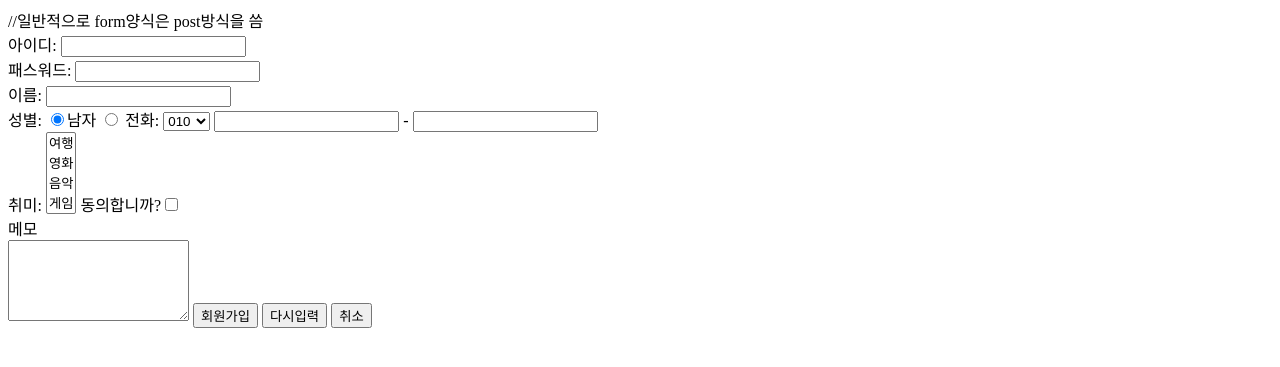
Repository: ProSleeper/itwill
Page: http://localhost/study/day1/test2.jsp
An editor plug-in stored every save of this project. The page is shown before and after the next save, followed by the edit.
The browser window is 1280 px wide. The pictures show the whole page.
The page is served by Tomcat 9.

Above is the page before, as saved 2022-07-18 02:14:32.

After the next save:
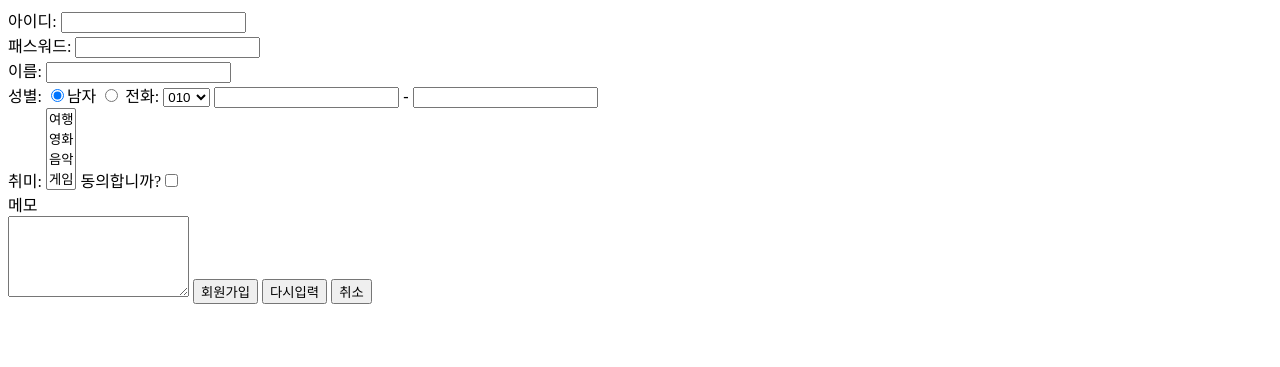
Saved 28 s later.
--- a/study/WebContent/day1/test2.jsp
+++ b/study/WebContent/day1/test2.jsp
@@ -8,7 +8,7 @@
 </head>
 <body>
 
-	//일반적으로 form양식은 post방식을 씀
+<!-- 일반적으로 form양식은 post방식을 씀 -->
 	<form action="" method="post" name="myForm">
 
 		아이디: <input type="text" name="userId" /><br /> 패스워드: <input
